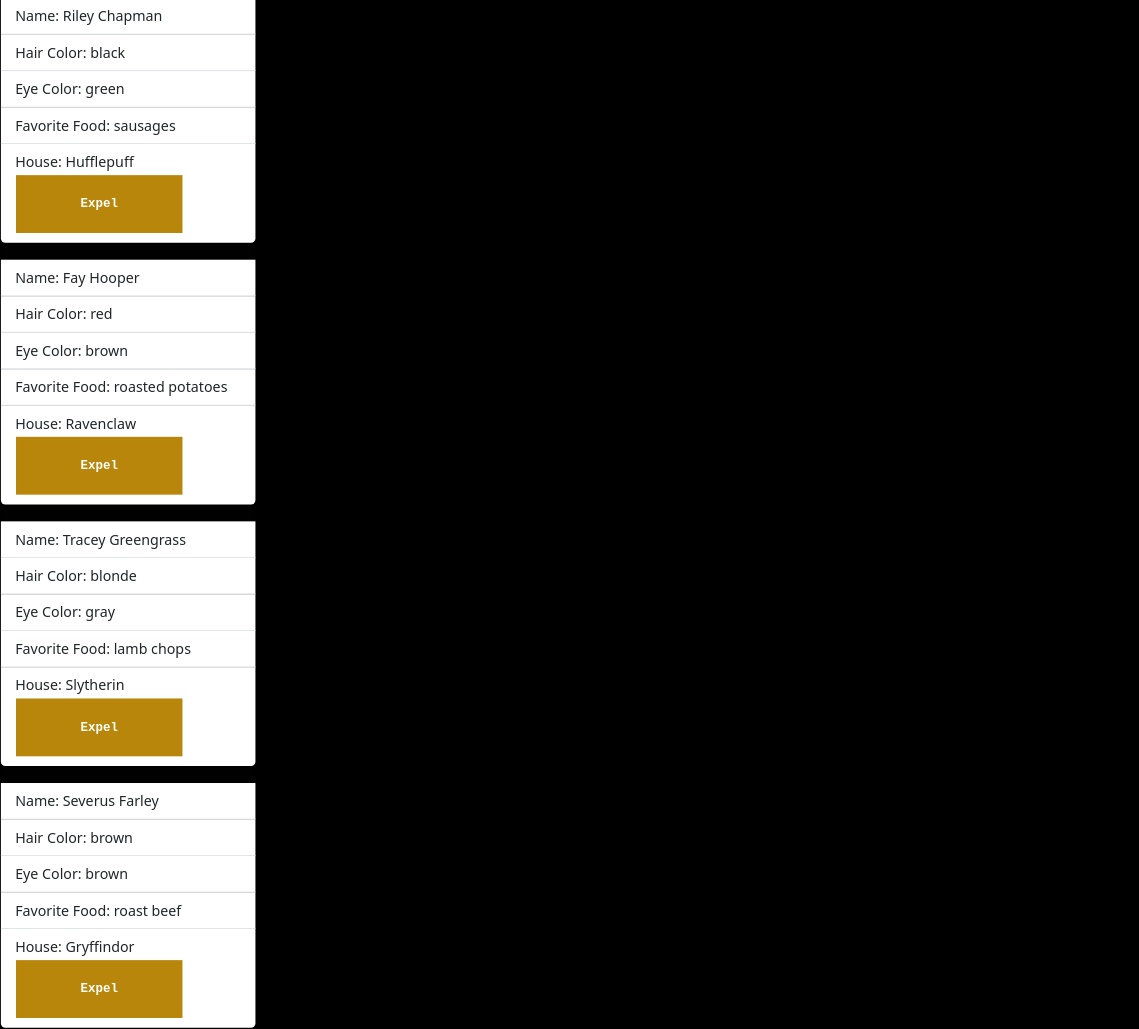
Repository: jontslater/INDIVIDUAL-PROJECT-sorting-hat
Page: index.html
These files come from the project's save history. The page is drawn as it stood at one moment and after the next save; the edit follows.
The browser window is 1280 px wide. The pictures show the part of the page from y = 538 to 1694 px (the page is 1694 px tall), at 89% of full size.
A picture or video elsewhere on the page could not be fetched, so the positions and the page height are approximate.

Above is the page before, as saved 2023-10-31 19:03:26.

After the next save:
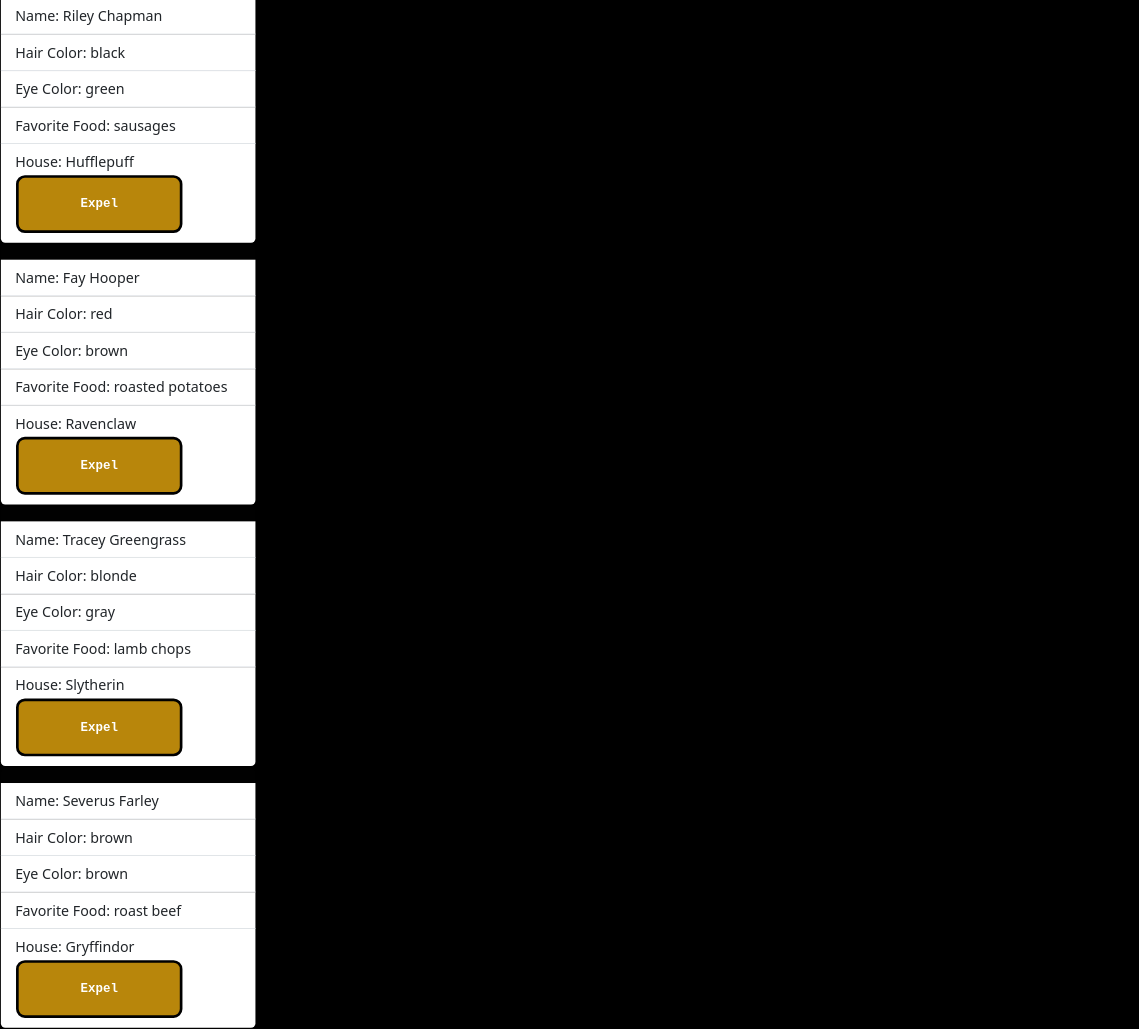
Saved 27 s later.
--- a/main.css
+++ b/main.css
@@ -35,7 +35,8 @@
   right: 120px;
   width: 187px;
   height: 65px;
-  border: none;
+  border: solid black;
+  border-radius: 10px;
   color: white;
   font-size:14px;
   font-weight:700;
